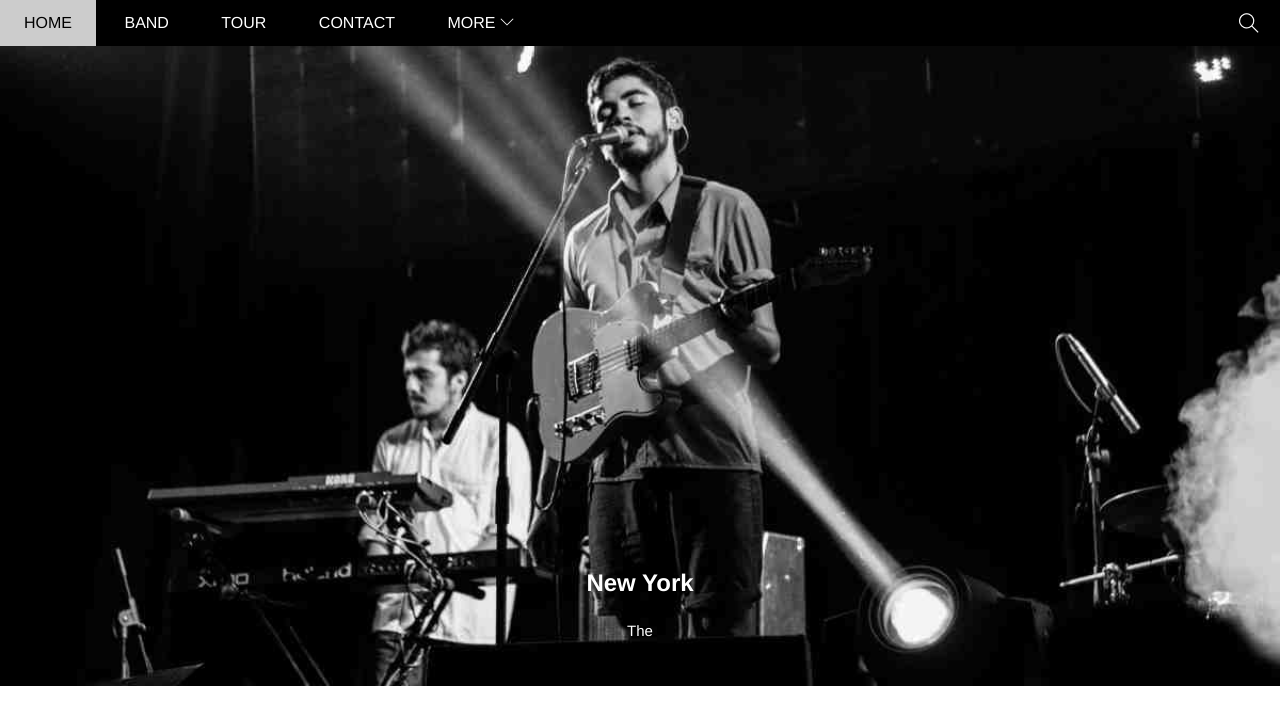
Repository: vophuocthanh/phuocthanhk03
Page: index.html
An editor plug-in stored every save of this project. The page is shown before and after the next save, followed by the edit.
The browser window is 1280 px wide. The pictures show the whole page.

Above is the page before, as saved 2022-03-03 22:50:43.

### index.html
<!DOCTYPE html>
<html lang="en">

<head>
    <meta charset="UTF-8" />
    <meta http-equiv="X-UA-Compatible" content="IE=edge" />
    <meta name="viewport" content="width=device-width, initial-scale=1.0" />
    <title>Document</title>
    <link rel="stylesheet" href="./asset/css/style.css" />
    <link rel="stylesheet" href="/asset/icon/themify-icons/themify-icons.css">
</head>

<body>
    <div id="main">
        <div id="header">
            <!-- Begin : nav -->
            <ul id="nav">
                <li><a href="">Home<a></li>
                <li><a href="">Band</a></li>
                <li><a href="">Tour</a></li>
                <li><a href="">Contact</a></li>
                <li>
                    <a href="">
                        More
                        <i class="nav-arrow-down ti-angle-down"></i>
                    </a>
                    <ul class="subnav">
                        <li><a href="">Merchandise</a></li>
                        <li><a href="">Extras</a></li>
                        <li><a href="">Media</a></li>
                    </ul>
                </li>
            </ul>
            <!-- End: nav -->

            <!-- Begin: Search -->
            <div class="search-btn">
                <i class="search-icon ti-search"></i>
            </div>
            <!-- End: Search -->
        </div>

        <div id="slider">
            <div class="text-content">
                <h2 class="text-heading">New York</h2>
                <div class="text-description">The </div>
            </div>
        </div>

        <div id="content">
            <div class="conten-section">

            </div>

            <div class="conten-section">

            </div>

            <div class="conten-section">

            </div>
        </div>
        <div id="footer">

        </div>

    </div>
</body>

</html>

### asset/css/style.css
/*Reset*/

* {
    padding: 0;
    margin: 0;
    box-sizing: border-box;
}

html {
    font-family: Helvetica, Arial, sans-serif;
}


/*
 1. Từ ngoài vào trong
 2. Trên xuống dưới
 3. Từ tổng quan đến chi tiết

*/


/*
1. Vị Trí
2. Màu Sắc
3. Kích Thước
4.Kiểu Dáng */

#main {}

#header {
    height: 46px;
    background-color: #000;
    position: fixed;
    top: 0;
    left: 0;
    right: 0;
    z-index: 1;
}

#nav {
    display: inline-block;
}

.subnav {
    list-style-type: none;
}

#nav>li {
    display: inline-block;
}

#nav li {
    position: relative;
}

#nav>li>a {
    color: #fff;
    text-transform: uppercase;
}

#nav li a {
    color: #fff;
    text-decoration: none;
    line-height: 46px;
    padding: 0 24px;
    display: block;
}

#nav li:hover .subnav {
    display: block;
}

#nav>li:hover>a,
#nav .subnav li:hover {
    color: #000;
    background-color: #ccc;
}

#nav .subnav {
    display: none;
    position: absolute;
    top: 100%;
    left: 0;
    min-width: 160px;
    background-color: #fff;
    box-shadow: 0 0 10px rgba(0, 0, 0, 0.3);
}

#nav .subnav a {
    color: #000;
    padding: 0 12px;
}

#nav .nav-arrow-down {
    font-size: 14px;
}

#header .search-btn {
    float: right;
    padding: 0 21px;
    cursor: pointer;
}

#header .search-btn:hover {
    background-color: #f44336;
}

#header .search-icon {
    color: #fff;
    font-size: 20px;
    line-height: 46px;
}

#slider {
    position: relative;
    margin-top: 46px;
    padding-top: 50%;
    background: url("/asset/img/slider/slider1.jpg") top center / cover no-repeat;
}

#slider .text-content {
    position: absolute;
    bottom: 47px;
    color: #fff;
    left: 50%;
    transform: translate(-50%);
    text-align: center;
}

#slider .text-headin {
    font-weight: 500;
    font-size: 24px;
}

#slider .text-description {
    font-size: 15px;
    margin-top: 25px;
}

#content {}

#foote {}

Loaded but not shown: asset/icon/themify-icons/themify-icons.css (common file)

After the next save:
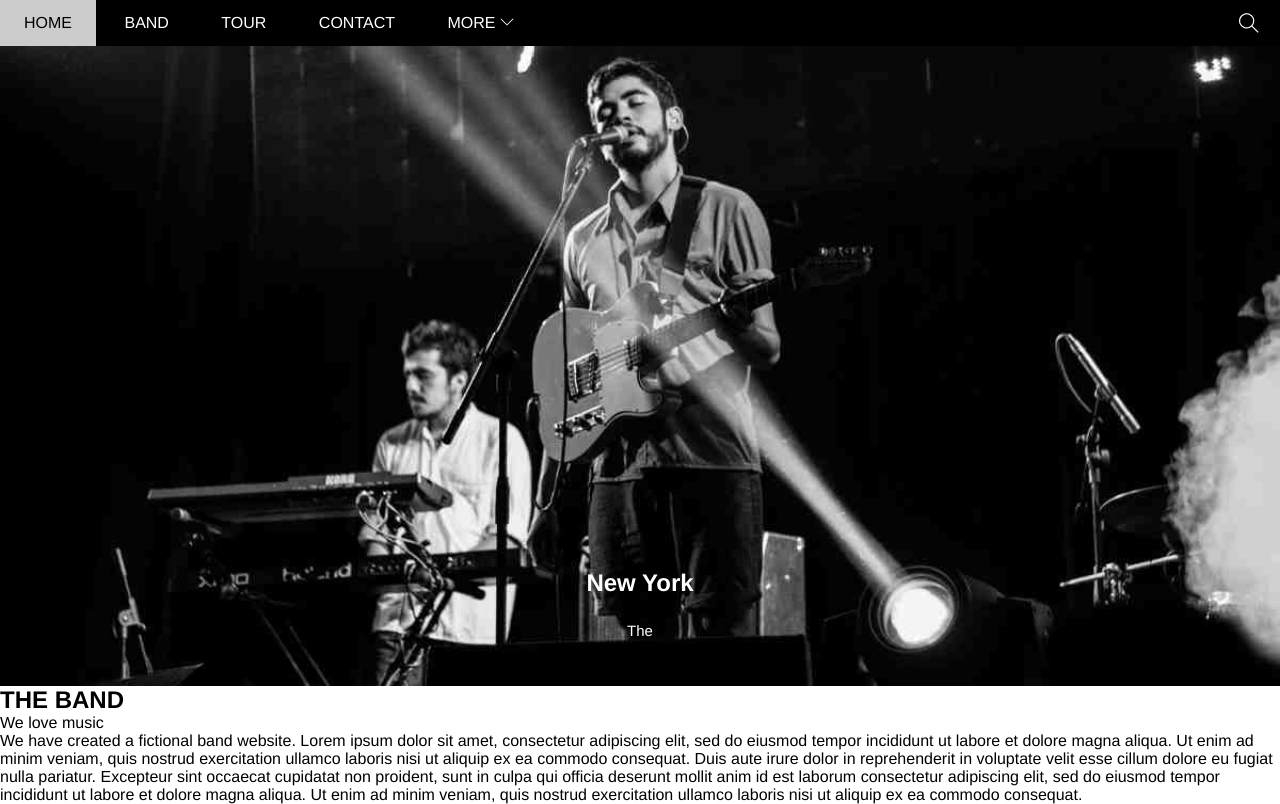
Saved 6 min 55 s later.
--- a/index.html
+++ b/index.html
@@ -49,15 +49,11 @@
 
         <div id="content">
             <div class="conten-section">
-
-            </div>
-
-            <div class="conten-section">
-
-            </div>
-
-            <div class="conten-section">
-
+                <h2 class="section-heading">THE BAND</h2>
+                <p class="section-sub-heading">We love music</p>
+                <p class="about-text">We have created a fictional band website. Lorem ipsum dolor sit amet, consectetur adipiscing elit, sed do eiusmod tempor incididunt ut labore et dolore magna aliqua. Ut enim ad minim veniam, quis nostrud exercitation ullamco laboris nisi
+                    ut aliquip ex ea commodo consequat. Duis aute irure dolor in reprehenderit in voluptate velit esse cillum dolore eu fugiat nulla pariatur. Excepteur sint occaecat cupidatat non proident, sunt in culpa qui officia deserunt mollit anim
+                    id est laborum consectetur adipiscing elit, sed do eiusmod tempor incididunt ut labore et dolore magna aliqua. Ut enim ad minim veniam, quis nostrud exercitation ullamco laboris nisi ut aliquip ex ea commodo consequat.</p>
             </div>
         </div>
         <div id="footer">
